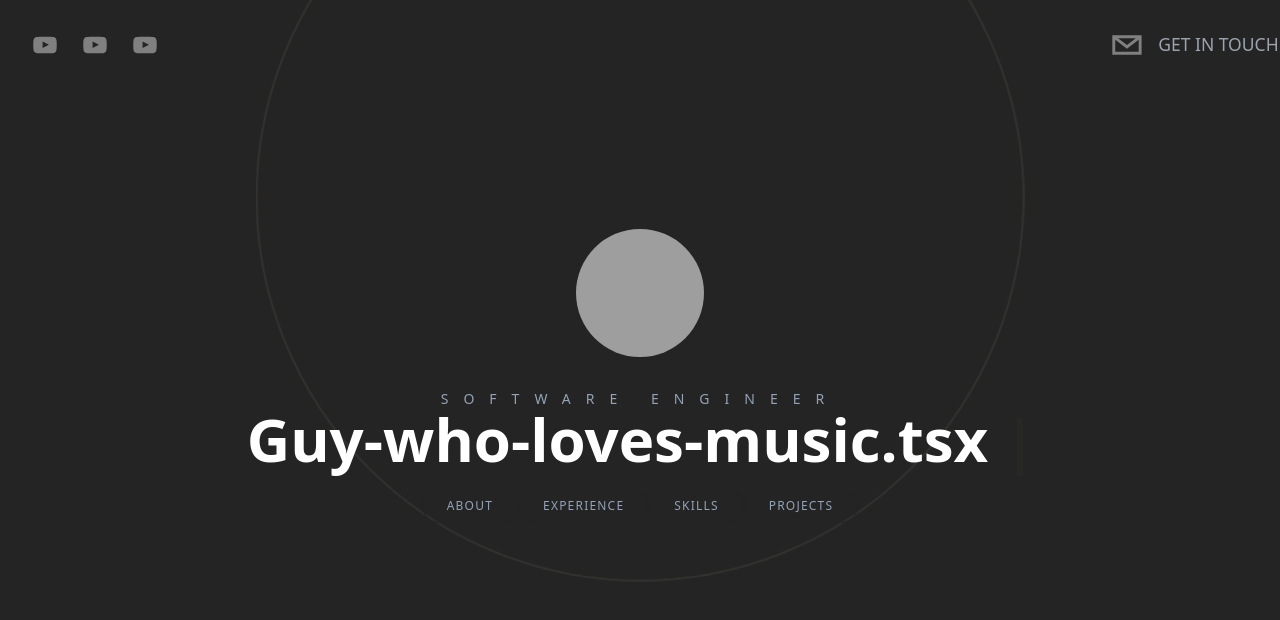
Repository: mosesvk/Portfolio_23
Page: /
An editor plug-in stored every save of this project. The page is shown before and after the next save, followed by the edit.
The browser window is 1280 px wide. The pictures show the whole page.
Pictures or frames that could not be fetched are drawn as grey boxes. An inner scrolling area shows only its first screen. The project was rebuilt for these pictures with package versions that can differ from the ones it lists, and the page was loaded fresh each time. The framework's server and built-in components were replaced by stand-ins that run in the browser. Also part of the build but not shown: next.config.js, vite.config.js.

Above is the page before, as saved 2023-01-30 08:36:45.

### pages/index.tsx
import Head from 'next/head';
import Image from 'next/image';
import { Inter } from '@next/font/google';
import styles from '@/styles/Home.module.css';
import Header from '@/sections/Header';
import Hero from '@/sections/Hero';
import About from '@/components/About';
import Experience from '@/sections/Experience';
import Skills from '@/sections/Skills';

const inter = Inter({ subsets: ['latin'] });

export default function Home() {
  return (
    <div className='bg-[rgb(36,36,36)] text-white h-screen snap-y snap-mandatory overflow-scroll z-0'>
      <Head>
        <title>Moses Portfolio</title>
      </Head>

      <Header />

      {/* Hero */}
      <section id='hero' className='snap-start bg-[rgb(36,36,36)]'>
        <Hero />
      </section>

      {/* About  */}
      {/* <section id='about' className='snap-center bg-[rgb(57,55,47)]'>
        <About />
      </section> */}

      {/* Experience  */}
      {/* <section id='experience' className='snap-center bg-[rgb(36,36,36)]'>
        <Experience />
      </section> */}

      {/* Skills  */}
      {/* <section id='skills' className='snap-center bg-[rgb(57,55,47)]'>
        <Skills />
      </section> */}

      {/* Projects  */}

      {/* Contact  */}

    </div>
  );
}

### styles/globals.css
@tailwind base;
@tailwind components;
@tailwind utilities;


@layer components {
    .heroButton {
        @apply px-6 py-2 border border-[#242424] rounded-full uppercase text-xs tracking-widest text-slate-400 transition-all duration-500 hover:border-[#3a769d] hover:text-[#F5EDCE]
    }
}

### sections/Header.tsx
import React from 'react';
import { SocialIcon } from 'react-social-icons';
import { motion } from 'framer-motion';

const Header = () => {
  return (
    <header className='sticky top-0 p-5 flex items-start justify-between max-w-7xl mx-auto z-20 xl:items-center'>
      <motion.div
        initial={{
          x: -500,
          opacity: 0,
          scale: 0.5
        }}
        animate={{
          x: 0,
          opacity: 1,
          scale: 1
        }}
        transition={{
            duration: 1
        }}
        className='flex flex-row items-center'
      >
        {/* Social Icons - react_social_icons  */}
        <SocialIcon
          url='https://www.youtube.com/channel/UChlB6LMekxCh917bjumDcCA'
          fgColor='gray'
          bgColor='transparent'
        />

        <SocialIcon
          url='https://www.youtube.com/channel/UChlB6LMekxCh917bjumDcCA'
          fgColor='gray'
          bgColor='transparent'
        />

        <SocialIcon
          url='https://www.youtube.com/channel/UChlB6LMekxCh917bjumDcCA'
          fgColor='gray'
          bgColor='transparent'
        />
      </motion.div>

      <motion.div
        initial={{
            x: 500,
            opacity: 0,
            scale: 0.5
        }}
        animate={{
            x: 0,
            opacity: 1,
            scale: 1.25
        }}
        transition={{
            duration: 1
        }}
      className='flex flex-row items-center text-gray-300 cursor-pointer'>
        <SocialIcon
          className='cursor-pointer'
          network='email'
          fgColor='gray'
          bgColor='transparent'
        />

        <p className='uppercase hidden md:inline-flex text-sm text-gray-400'>
          Get in Touch
        </p>
      </motion.div>
    </header>
  );
};

export default Header;

### sections/Hero.tsx
/* eslint-disable @next/next/no-img-element */
import Link from 'next/link';
import { Cursor, useTypewriter } from 'react-simple-typewriter';
import { motion } from 'framer-motion';
import BackgroundCircles from '../components/BackgroundCircles';

type Props = {};

const Hero = (props: Props) => {
  const [text, count] = useTypewriter({
    words: [
      'Hi, Im Moses',
      'Guy-who-loves-music.tsx',
      '<ButLovesCodingMore />'
    ],
    loop: true,
    delaySpeed: 2000
  });

  return (
    <div className='h-screen flex flex-col space-y-8 items-center  justify-center text-center overflow-hidden'>
      <BackgroundCircles />

      <motion.img
        initial={{
          x: -200,
          opacity: 0
        }}
        transition={{
          duration: 1.5
        }}
        whileInView={{
          opacity: 1,
          x: 0
        }}
        viewport={{ once: true }}
        className='relative rounded-full h-32 w-32 mx-auto object-cover'
        src='https://images.unsplash.com/photo-1492632736198-174776a820f9?ixlib=rb-4.0.3&ixid=MnwxMjA3fDB8MHxzZWFyY2h8NXx8bWFsZXxlbnwwfHwwfHw%3D&auto=format&fit=crop&w=800&q=60'
        alt='profile'
      />

      <div className='z-20'>
        <motion.h2
          initial={{
            x: 200,
            opacity: 0
          }}
          transition={{
            duration: 1.5
          }}
          whileInView={{
            opacity: 1,
            x: 0
          }}
          className='text-sm uppercase text-slate-400 tracking-[15px]'
        >
          Software Engineer
        </motion.h2>
        <motion.h1
          initial={{
            x: -200,
            opacity: 0
          }}
          transition={{
            duration: 1.5
          }}
          whileInView={{
            opacity: 1,
            x: 0
          }}
          viewport={{ once: true }}
          className='text-5xl lg:text-6xl font-semibold scroll-px-10'
        >
          <span className='mr-3'>{text}</span>
          <Cursor cursorColor='#F5EDCE' />
        </motion.h1>

        <motion.div
          initial={{
            x: 200,
            opacity: 0
          }}
          transition={{
            duration: 1.5
          }}
          whileInView={{
            opacity: 1,
            x: 0
          }}
          className='pt-5'
        >
          <Link href='#about'>
            <button className='heroButton'>About</button>
          </Link>
          <Link href='#experience'>
            <button className='heroButton'>Experience</button>
          </Link>
          <Link href='#skills'>
            <button className='heroButton'>Skills</button>
          </Link>
          <Link href='#projects'>
            <button className='heroButton'>Projects</button>
          </Link>
        </motion.div>
      </div>
    </div>
  );
};

export default Hero;

### components/BackgroundCircles.tsx
import React from 'react';
import { motion } from 'framer-motion';

interface Props {}

const BackgroundCircles = (props: Props) => {
  return (
    <motion.div
      initial={{
        opacity: 0
      }}
      animate={{
        scale: [1, 2, 2, 3, 1],
        opacity: [0.1, 0.2, 0.4, 0.8, 0.1, 1.0],
        borderRadius: ['20%', '20%', '50%', '80%', '20%']
      }}
      transition={{
        duration: 2.5
      }}
      className='relative flex justify-center items-center'
    >
      <div className='absolute border border-[#F5EDCE] rounded-full h-[400px] w-[400px] mt-54 animate-ping'/>
      {/* <div className='absolute rounded-full border border-[#333333] h-[300px] w-[300px] mt-54' /> */}
      {/* <div className='rounded-full border border-[#333333] h-[500px] w-[500px] absolute mt-54' /> */}
      {/* <div className='rounded-full border border-[#333333] h-[650px] w-[650px] absolute mt-54 animate-pulse' />  */}
      {/* <div className='rounded-full border border-[#3a769d] h-[800px] w-[800px] absolute mt-54' /> */}
    </motion.div>
  );
};

export default BackgroundCircles;

### components/About.tsx
import { motion } from 'framer-motion'

interface Props {

}

const About = (props: Props) => {
    return (
        <motion.div
            initial={{opacity: 0}}
            whileInView={{opacity: 1}}
            transition={{duration: 1.5}}
        className='flex flex-col relative h-screen text-center md:text-left md:flex-row max-w-7xl px-10 justify-evenly mx-auto items-center'>
            <h3 className='absolute top-24 uppercase tracking-[20px] text-gray-500 text-2xl'>About</h3>

            <motion.img
                initial={{
                    x: -200,
                    opacity: 0
                }}
                transition={{
                    duration: 1.5
                }}
                whileInView={{
                    opacity: 1, x: 0
                }}
                viewport={{ once: true }}
                src='https://images.unsplash.com/photo-1515879218367-8466d910aaa4?ixlib=rb-4.0.3&ixid=MnwxMjA3fDB8MHxzZWFyY2h8MTh8fGNvZGluZyUyMHdhbGxwYXBlcnxlbnwwfHwwfHw%3D&auto=format&fit=crop&w=400&q=60'
                className='-mb-20 md:mb-0 flex-shrink-0 w-56 h-56 rounded-full object-cover md:rounded-lg md:w-64 md:h-96 xl:w-[500px] xl:h-[600px]'
            />

            <div className='space-y-10 px-0 md:px-10'>
                <h4 className='text-4xl font-semibold'>
                    Here is a {' '}
                    <span className='underline decoration-[#F7A80A]/50'>little</span>
                    {' '}background
                </h4>
                <p>
                    I&apos;m Moses. I&apos;ve been coding professionally for over 3 years. As a Full Stack developer, I&apos;ve helped build and scale fun projects.
                </p>
                <p>
                    I love to code and build.
                </p>
            </div>
        </motion.div>
    )
}

export default About

### sections/Experience.tsx
import React from 'react'
import { motion } from 'framer-motion'
import ExperienceCard from '../components/ExperienceCard'

interface Props {

}

const Experience = (props: Props) => {
    return (
        <motion.div className='h-screen flex relative overflow-hidden flex-col text-left md:flex-row max-w-full px-10 justify-evenly mx-auto items-center'>
            <h3 className='absolute top-24 uppercase tracking-[20px] text-gray-500 text-2xl'>
                Experience
            </h3>


            <div className='w-full flex space-x-5 overflow-x-scroll p-10 snap-x snap-mandatory'>
                <ExperienceCard />
                <ExperienceCard />
                <ExperienceCard />
                <ExperienceCard />
            </div>
        </motion.div>
    )
}

export default Experience

### sections/Skills.tsx
import { motion } from 'framer-motion';
import SkillCard from '@/components/SkillCard';

type Props = {};

const Skills = (props: Props) => {
  return (
    <motion.div
      initial={{ opacity: 0 }}
      whileInView={{ opacity: 1 }}
      transition={{ duration: 1.5 }}
      className='flex relative flex-col text-center md:text-left xl:flex-row max-w-[2000px] xl:px-10 min-h-screen justify-center xl:space-y-0 mx-auto items-center'
    >
      <h3 className='absolute top-24 uppercase tracking-[20px] text-gray-500 text-2xl'>
        Skills
      </h3>
      <h3 className='absolute top-36 uppercase tracking-[3px] text-gray-500 text-sm'>
        Hover over a skill for profieciency
      </h3>
      {/* <h3 className='absolute top-36 uppercase tracking-[3px] text-gray-500 text-sm'>
        Hover over a skill for currency profieciency
      </h3>
      <div className='grid grid-cols-4 gap-5'>
        <SkillCard />
        <SkillCard />
        <SkillCard />
        <SkillCard />
      </div> */}
    </motion.div>
  );
};

export default Skills;

### components/ExperienceCard.tsx
/* eslint-disable @next/next/no-img-element */
import React from 'react';
import { motion } from 'framer-motion';

interface Props {}

const ExperienceCard = (props: Props) => {
  return (
    <article className='flex flex-col rounded-lg items-center space-y-7 flex-shrink-0 w-[500px] md:w-[600px] xl:w-[900px] snap-center bg-[#292929] p-10 hover:opacity-100 opacity-40 cursor-pointer transition-opacity duration-200 overflow-hidden'>
      <motion.img
        initial={{
          y: -100,
          opacity: 0
        }}
        transition={{ duration: 1.2 }}
        whileInView={{ opacity: 1, y: 0 }}
        viewport={{ once: true }}
        className='w-32 h-32 rounded-full xl:w-[200px] xl:h-[200px] object-cover object-center'
        src='https://media.licdn.com/dms/image/C4E0BAQH7TdoSUkji6Q/company-logo_200_200/0/1527006087701?e=2147483647&v=beta&t=LxQMSi8EzCE8_8pYadjzkVGmVt2hLGMDZZcjx8lLEBw'
        alt='clearlink'
      />

      <div className='px-0 md:px-10'>
        <h4 className='text-4xl font-light'>Analytics</h4>
        <p className='font-bold text-2xl mt-1'>Clearlink</p>
        <div className='flex space-x-2 my-2'>
          <img
            className='h-10 w-10 rounded-full'
            src='https://upload.wikimedia.org/wikipedia/commons/4/4c/Typescript_logo_2020.svg'
            alt='typescript'
          />
        </div>

        <p className='uppercase py-5 text-gray-300'>Started work.... -Ended...</p>

        <ul>
            <li>Summary Point</li>
            <li>Summary Point</li>
            <li>Summary Point</li>
            <li>Summary Point</li>
            <li>Summary Point</li>
        </ul>
      </div>
    </article>
  );
};

export default ExperienceCard;

Loaded but not shown: pages/_app.tsx (common file); pages/_document.tsx (common file); tailwind.config.js (common file)

After the next save:
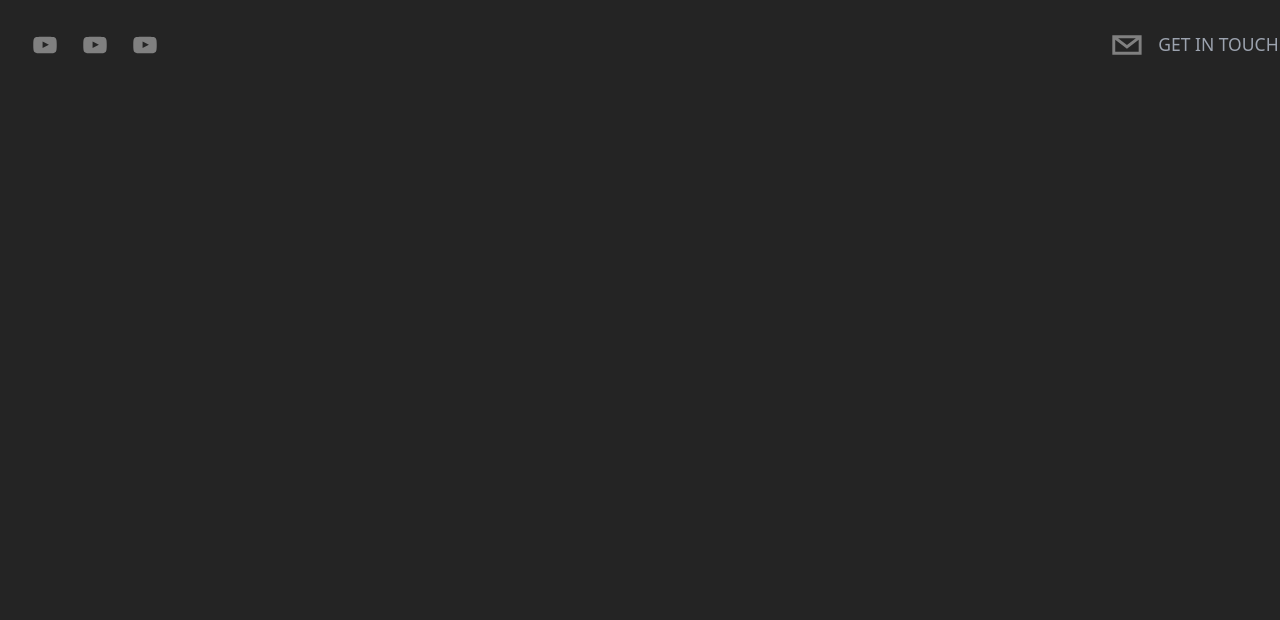
Saved 5 s later.
--- a/pages/index.tsx
+++ b/pages/index.tsx
@@ -20,9 +20,9 @@
       <Header />
 
       {/* Hero */}
-      <section id='hero' className='snap-start bg-[rgb(36,36,36)]'>
+      {/* <section id='hero' className='snap-start bg-[rgb(36,36,36)]'>
         <Hero />
-      </section>
+      </section> */}
 
       {/* About  */}
       {/* <section id='about' className='snap-center bg-[rgb(57,55,47)]'>

After the save that followed:
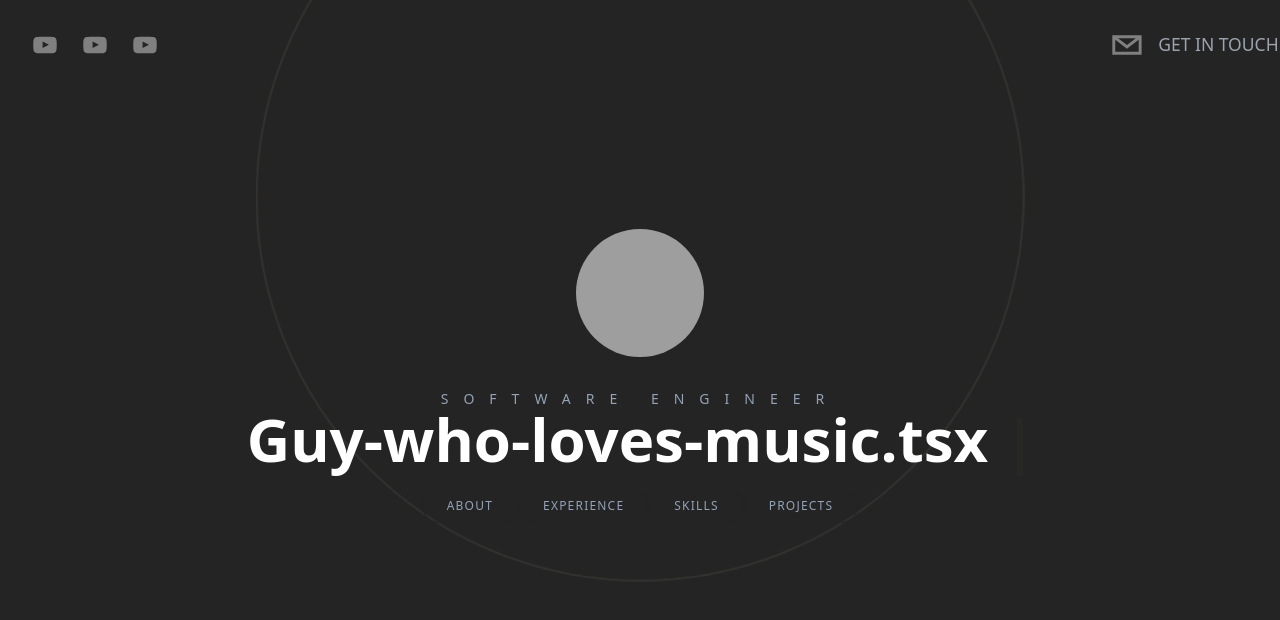
Saved 24 s later.
--- a/pages/index.tsx
+++ b/pages/index.tsx
@@ -20,24 +20,24 @@
       <Header />
 
       {/* Hero */}
-      {/* <section id='hero' className='snap-start bg-[rgb(36,36,36)]'>
+      <section id='hero' className='snap-start bg-[rgb(36,36,36)]'>
         <Hero />
-      </section> */}
+      </section>
 
       {/* About  */}
-      {/* <section id='about' className='snap-center bg-[rgb(57,55,47)]'>
+      <section id='about' className='snap-center bg-[rgb(57,55,47)]'>
         <About />
-      </section> */}
+      </section>
 
       {/* Experience  */}
-      {/* <section id='experience' className='snap-center bg-[rgb(36,36,36)]'>
+      <section id='experience' className='snap-center bg-[rgb(36,36,36)]'>
         <Experience />
-      </section> */}
+      </section>
 
       {/* Skills  */}
-      {/* <section id='skills' className='snap-center bg-[rgb(57,55,47)]'>
+      <section id='skills' className='snap-center bg-[rgb(57,55,47)]'>
         <Skills />
-      </section> */}
+      </section>
 
       {/* Projects  */}
 
